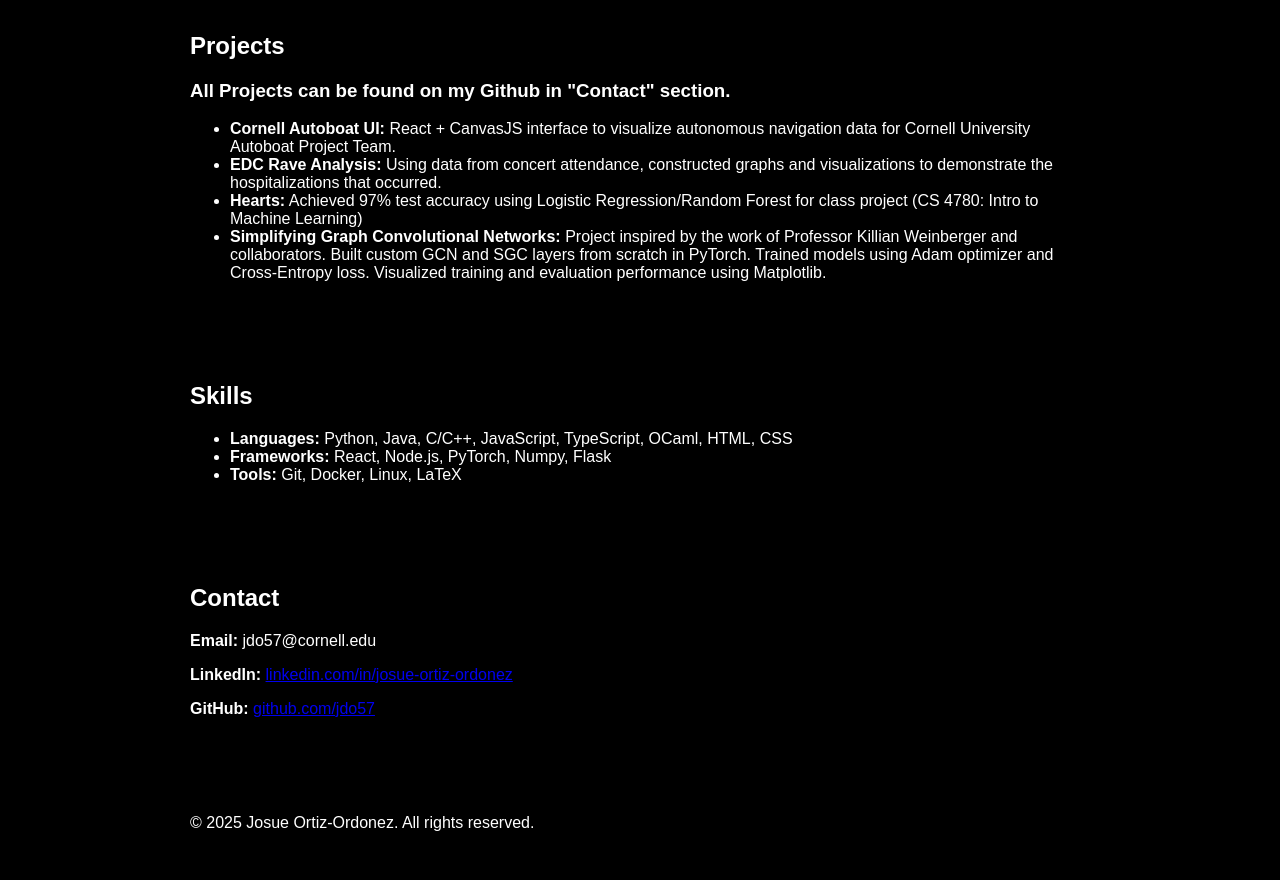
Repository: jdo57/Website
Page: index.html
These files come from the project's save history. The page is drawn as it stood at one moment and after a run of saves; the edit follows.
The browser window is 1280 px wide. The pictures show the part of the page from y = 1281 to 2193 px (the page is 2161 px tall before and 2193 px after).
A picture or video elsewhere on the page could not be fetched, so the positions and the page height are approximate.

Above is the page before, as saved 2025-05-26 21:47:37.

After the next 2 saves:
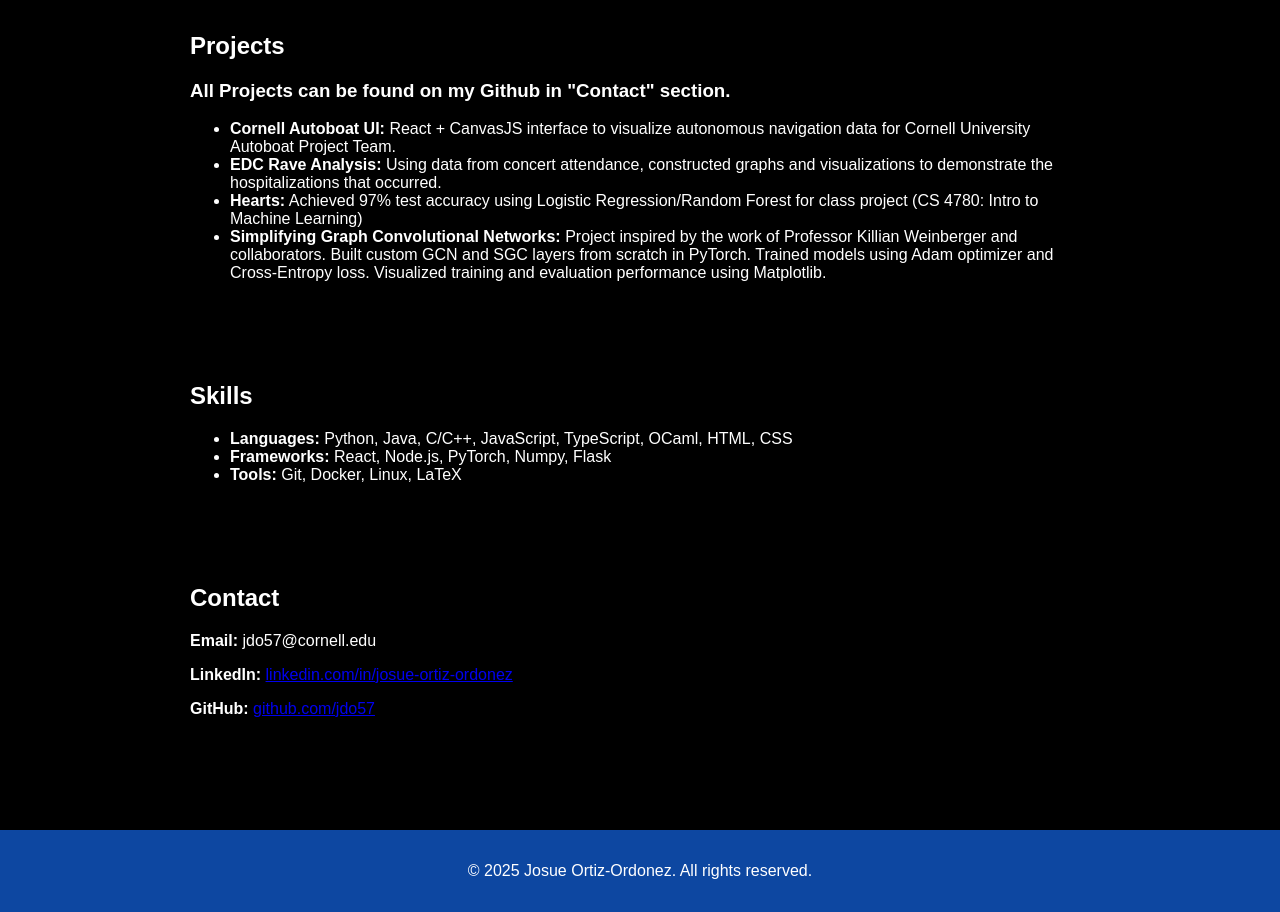
The 2 saves are shown as one change because they came seconds apart.
The last was saved 27 s later.
--- a/index.html
+++ b/index.html
@@ -140,7 +140,9 @@
     <p><strong>GitHub:</strong> <a href="https://github.com/jdo57" target="_blank">github.com/jdo57</a></p>
   </section>
 
-  <section id ="more"
+  <section id ="more">
+
+  </section>
 
   <footer>
     <p>&copy; 2025 Josue Ortiz-Ordonez. All rights reserved.</p>
